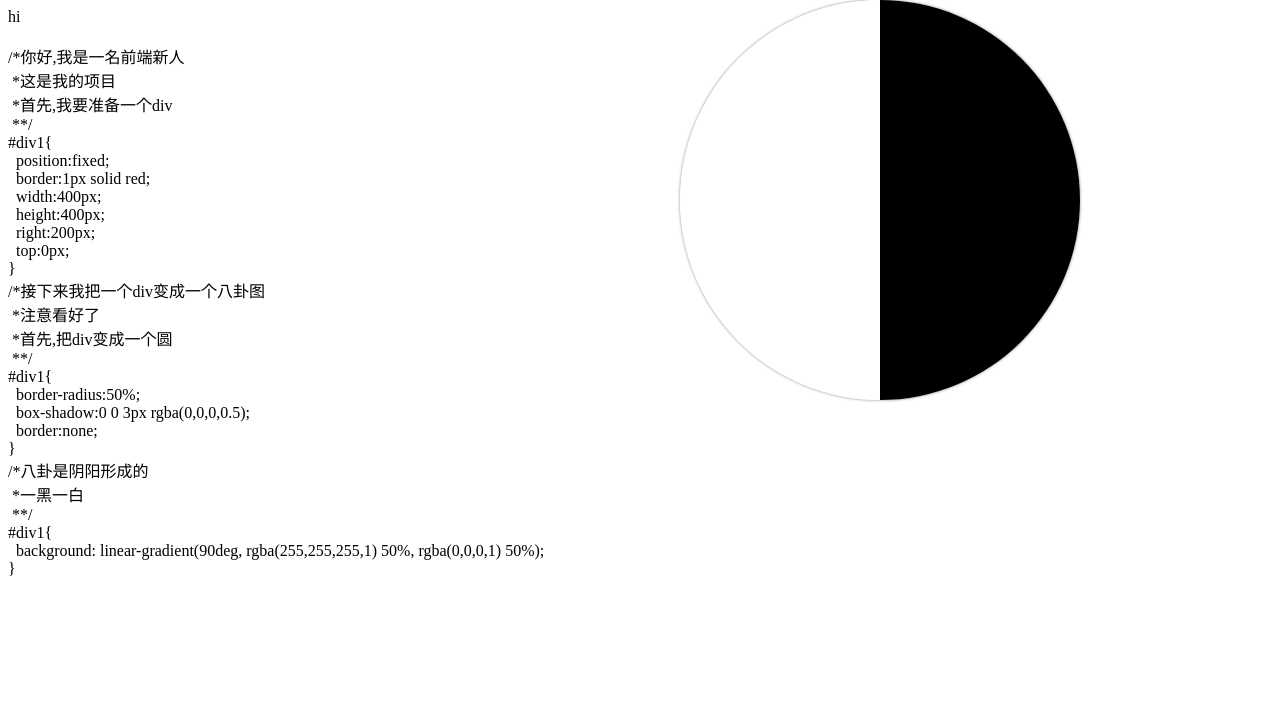
Repository: chenguocan/JS_cv
Page: index.html
An editor plug-in stored every save of this project. The page is shown before and after the next save, followed by the edit.
The browser window is 1280 px wide. The pictures show the whole page.

Above is the page before, as saved 2020-07-29 15:32:25.

After the next save:
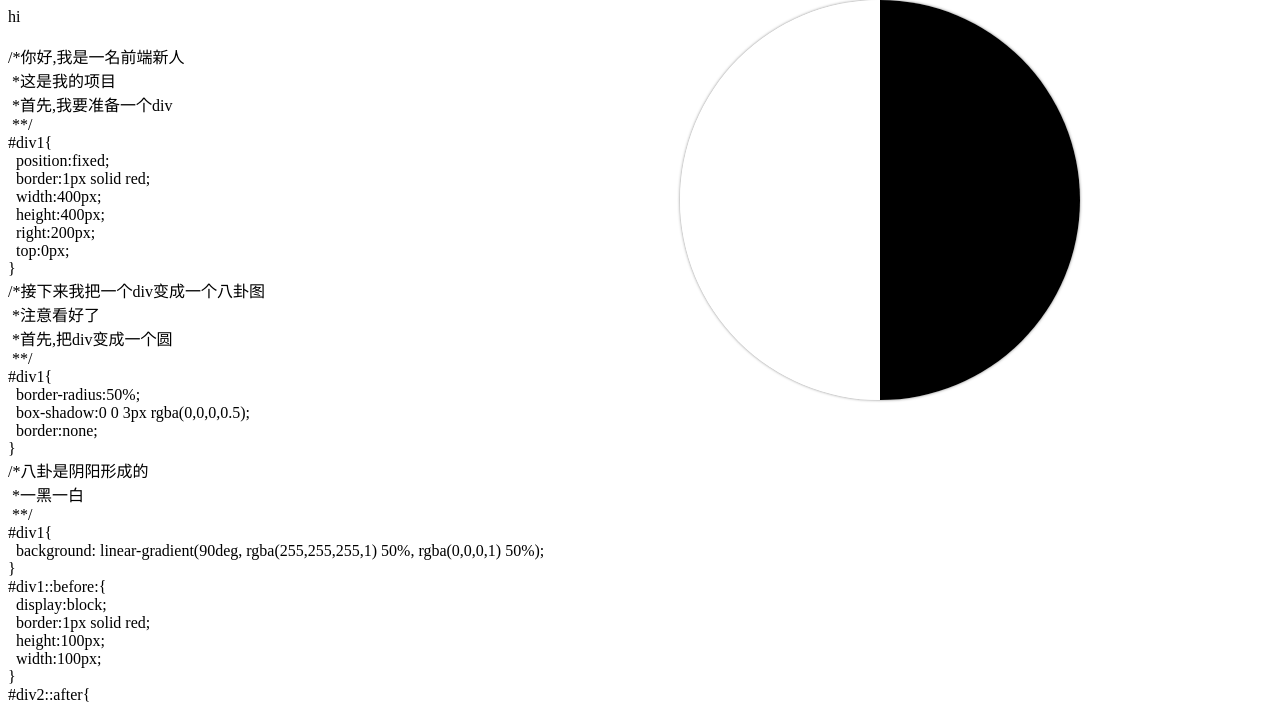
Saved 2 min 45 s later.
--- a/main.js
+++ b/main.js
@@ -30,6 +30,15 @@
 #div1{
   background: linear-gradient(90deg, rgba(255,255,255,1) 50%, rgba(0,0,0,1) 50%);
 }
+#div1::before:{
+  display:block;
+  border:1px solid red;
+  height:100px;
+  width:100px;
+}
+#div2::after{
+
+}
 `;
 let string2 = "";
 // string = string.replace(/\n/g, "<br>"); //正则表达式表示所有回车。
